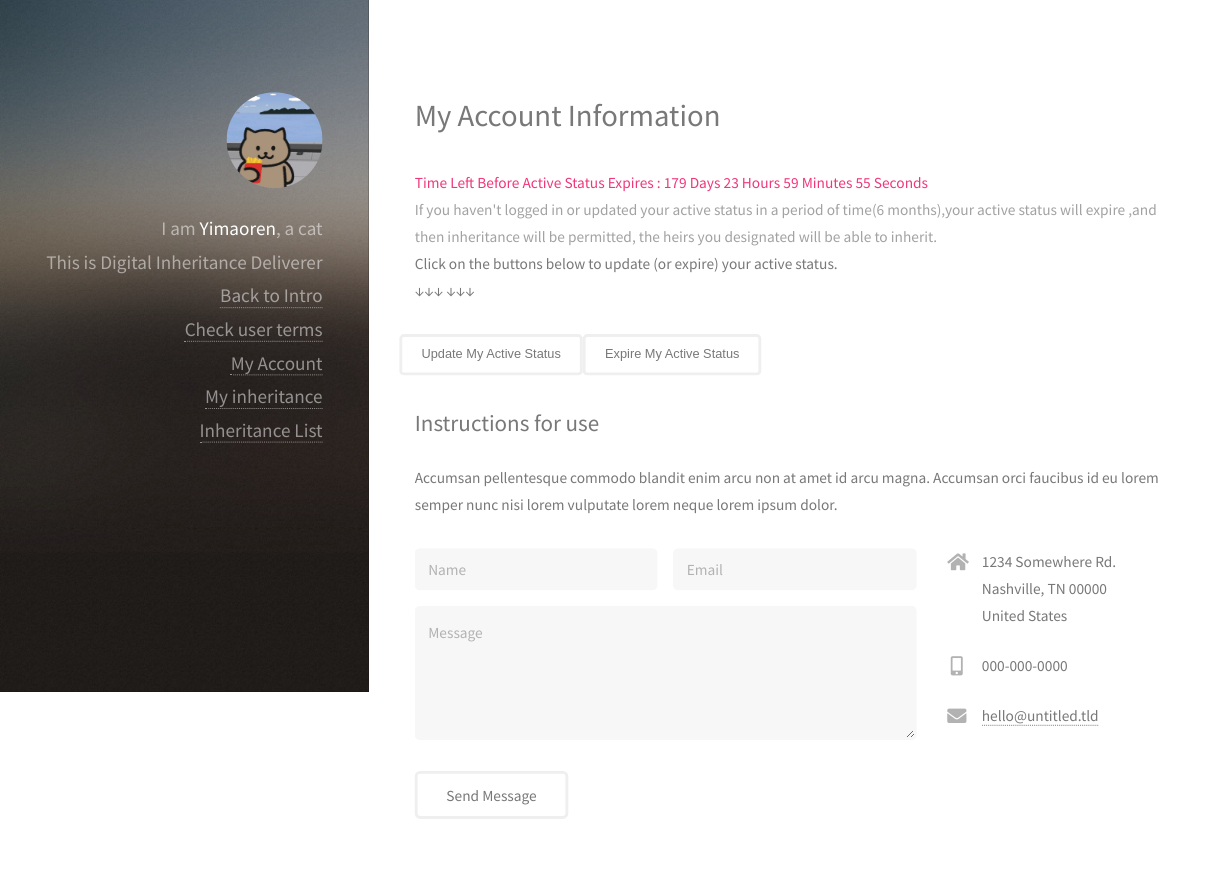
Repository: 1mocat/DID-blockchain-project
Page: Digital_I_D/app/src/myaccount.html
The author's editor kept a copy of each file at every save. The page is drawn from the files as they stood at one save, then again after the next save.
The browser window is 1280 px wide. The pictures show the whole page, at 96% of full size.

Above is the page before, as saved 2023-10-02 16:38:40.

### Digital_I_D/app/src/myaccount.html
<!DOCTYPE HTML>
<html>



<head>
	<title>Strata by HTML5 UP</title>
	<meta charset="utf-8" />
	<meta name="viewport" content="width=device-width, initial-scale=1, user-scalable=no" />
	<link rel="stylesheet" href="assets_account/css/main.css" />
	<style>
		#countdown {
			font-size: 16px;
			color: rgb(240, 55, 123);
		}
	</style>
</head>

<body class="is-preload">

	<!-- Header -->

	<header id="header">
		<div class="inner">
			<a href="#" class="image avatar"><img src="images/yimaoren.jpg" alt="" /></a>
			<h1>I am <strong>Yimaoren</strong>, a cat<br /></h1>
			<h1>This is Digital Inheritance Deliverer</h1>
			<h1><a href="index.html">Back to Intro</a></h1>
			<h1><a href="UserAgreement.html">Check user terms</a></h1>
			<h1><a href="NFTList.html">My Account</a></h1>
			<h1><a href="NFTList.html">My inheritance</a></h1>
			<h1><a href="AuctionList.html">Inheritance List</a></h1>
		</div>
	</header>

	<!-- Main -->
	<div id="main">

		<!-- One -->
		<section id="one">
			<header class="major">
				<h2>My Account Information</h2>
				<div id="countdown"></div>
				<script>
					// 目标日期：当前日期 + 30*6 天
					const targetDate = new Date();
					targetDate.setDate(targetDate.getDate() + 30*6);

					// 更新倒计时的函数
					function updateCountdown() {
						const currentDate = new Date();
						const timeDifference = targetDate - currentDate;

						if (timeDifference <= 0) {
							document.getElementById('countdown').innerHTML = '倒计时结束';
						} else {
							const days = Math.floor(timeDifference / (1000 * 60 * 60 * 24));
							const hours = Math.floor((timeDifference % (1000 * 60 * 60 * 24)) / (1000 * 60 * 60));
							const minutes = Math.floor((timeDifference % (1000 * 60 * 60)) / (1000 * 60));
							const seconds = Math.floor((timeDifference % (1000 * 60)) / 1000);

							const countdownText = `Time Left Before Active Status Expires : ${days} Days ${hours} Hours ${minutes} Minutes ${seconds} Seconds`;
							document.getElementById('countdown').innerHTML = countdownText;
						}
					}
					// 初始调用更新倒计时
					updateCountdown();
					// 每秒更新一次倒计时
					setInterval(updateCountdown, 1000);
				</script>
			</header>

			<p>If you haven't logged in or updated your active status in a period of time(6 months),your active status will expire ,and then inheritance will be permitted, the heirs you designated will be able to inherit.
				<br> <strong> Click on the buttons below to update (or expire) your active status. </strong>
				<br> <strong>             ↓↓↓                 ↓↓↓<strong>
			</p>





			<ul class="actions">
				<button onclick="" class="button">Update My Active Status </button>
				<button onclick="" class="button">Expire My Active Status </button>
			</ul>
		</section>

		<!-- Three -->
		<section id="three">
			<h2>Instructions for use</h2>
			<p>Accumsan pellentesque commodo blandit enim arcu non at amet id arcu magna. Accumsan orci faucibus id eu
				lorem semper nunc nisi lorem vulputate lorem neque lorem ipsum dolor.</p>
			<div class="row">
				<div class="col-8 col-12-small">
					<form method="post" action="#">
						<div class="row gtr-uniform gtr-50">
							<div class="col-6 col-12-xsmall"><input type="text" name="name" id="name"
									placeholder="Name" /></div>
							<div class="col-6 col-12-xsmall"><input type="email" name="email" id="email"
									placeholder="Email" /></div>
							<div class="col-12"><textarea name="message" id="message" placeholder="Message"
									rows="4"></textarea></div>
						</div>
					</form>
					<ul class="actions">
						<li><input type="submit" value="Send Message" /></li>
					</ul>
				</div>
				<div class="col-4 col-12-small">
					<ul class="labeled-icons">
						<li>
							<h3 class="icon solid fa-home"><span class="label">Address</span></h3>
							1234 Somewhere Rd.<br />
							Nashville, TN 00000<br />
							United States
						</li>
						<li>
							<h3 class="icon solid fa-mobile-alt"><span class="label">Phone</span></h3>
							000-000-0000
						</li>
						<li>
							<h3 class="icon solid fa-envelope"><span class="label">Email</span></h3>
							<a href="#">hello@untitled.tld</a>
						</li>
					</ul>
				</div>
			</div>
		</section>



	</div>



	<!-- Scripts -->
	<script src="assets_account/js/jquery.min.js"></script>
	<script src="assets_account/js/jquery.poptrox.min.js"></script>
	<script src="assets_account/js/browser.min.js"></script>
	<script src="assets_account/js/breakpoints.min.js"></script>
	<script src="assets_account/js/util.js"></script>
	<script src="assets_account/js/main.js"></script>




</body>

</html>

Loaded but not shown: Digital_I_D/app/src/assets_account/js/jquery.min.js (library); Digital_I_D/app/src/assets_account/css/fontawesome-all.min.css (library); Digital_I_D/app/src/assets_account/js/jquery.poptrox.min.js (library); Digital_I_D/app/src/assets_account/js/browser.min.js (common file); Digital_I_D/app/src/assets_account/js/breakpoints.min.js (common file); Digital_I_D/app/src/assets_account/js/util.js (587 lines, source omitted); Digital_I_D/app/src/assets_account/js/main.js (117 lines, source omitted); Digital_I_D/app/src/assets_account/css/main.css (3221 lines, source omitted)

After the next save:
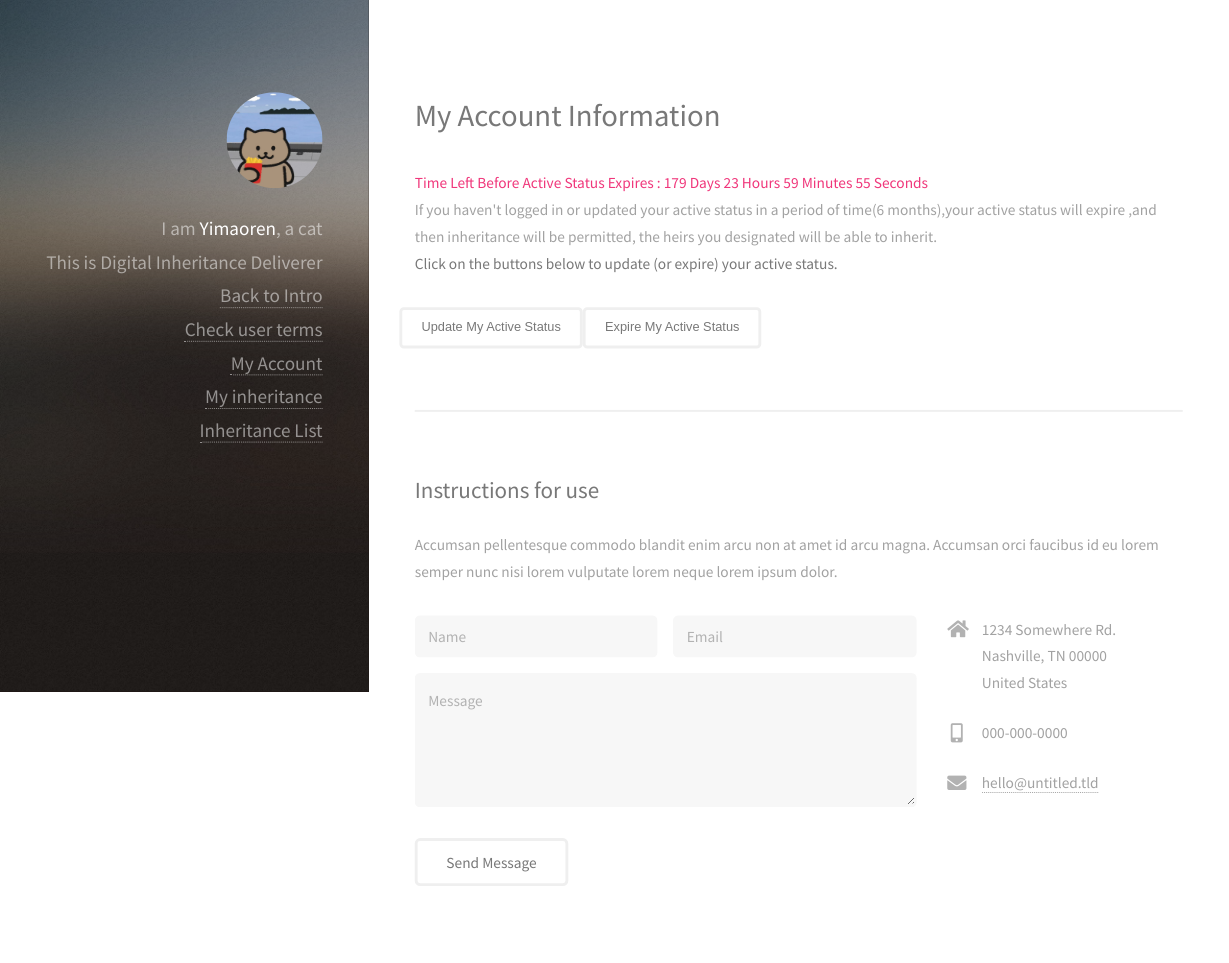
Saved 14 s later.
--- a/Digital_I_D/app/src/myaccount.html
+++ b/Digital_I_D/app/src/myaccount.html
@@ -72,7 +72,6 @@
 
 			<p>If you haven't logged in or updated your active status in a period of time(6 months),your active status will expire ,and then inheritance will be permitted, the heirs you designated will be able to inherit.
 				<br> <strong> Click on the buttons below to update (or expire) your active status. </strong>
-				<br> <strong>             ↓↓↓                 ↓↓↓<strong>
 			</p>
 
 
